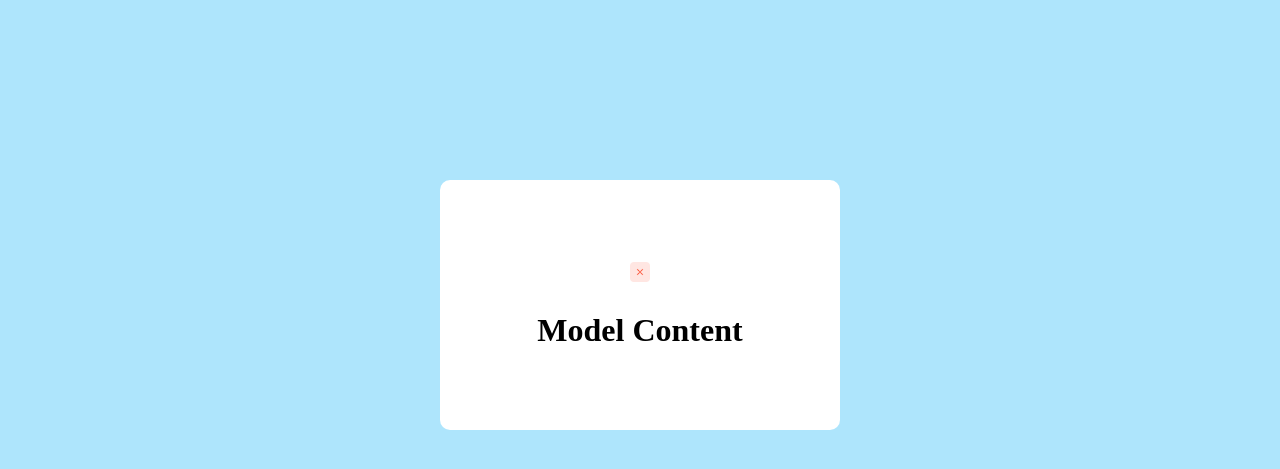
Repository: Trapti10/20-js-practice-projects-in-7-days-challenge
Page: Project_4_Modal_Project/index.html
An editor plug-in stored every save of this project. The page is shown before and after the next save, followed by the edit.
The browser window is 1280 px wide. The pictures show the whole page.

Above is the page before, as saved 2025-11-24 10:58:56.

After the next save:
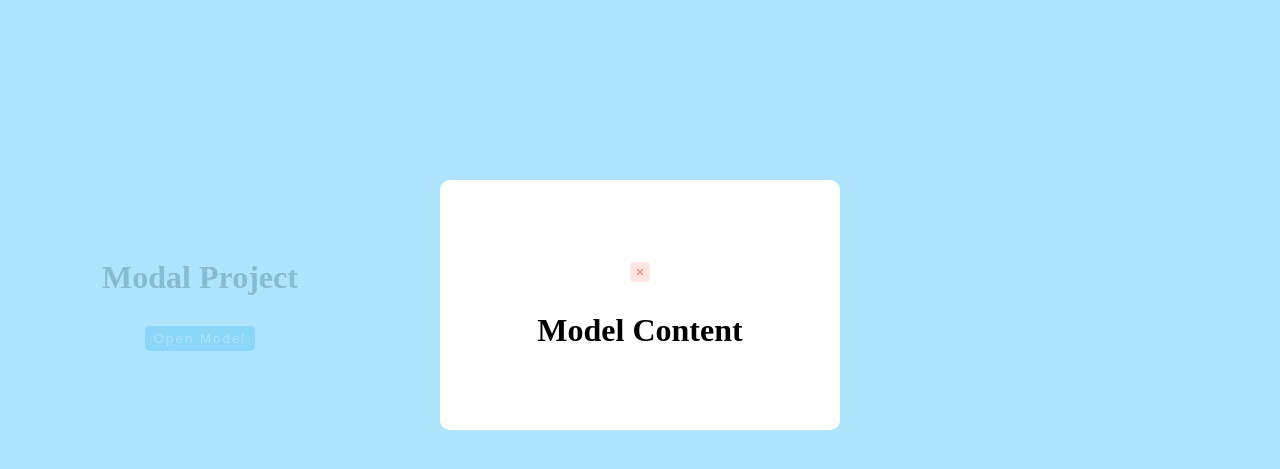
Saved 7 s later.
--- a/Project_4_Modal_Project/style.css
+++ b/Project_4_Modal_Project/style.css
@@ -23,7 +23,7 @@
 .card{
     position: absolute;
     top: 25%;
-    left: 37%;
+    /* left: 37%; */
     background: white;
     max-height: 250px;
     max-width: 400px;

After the save that followed:
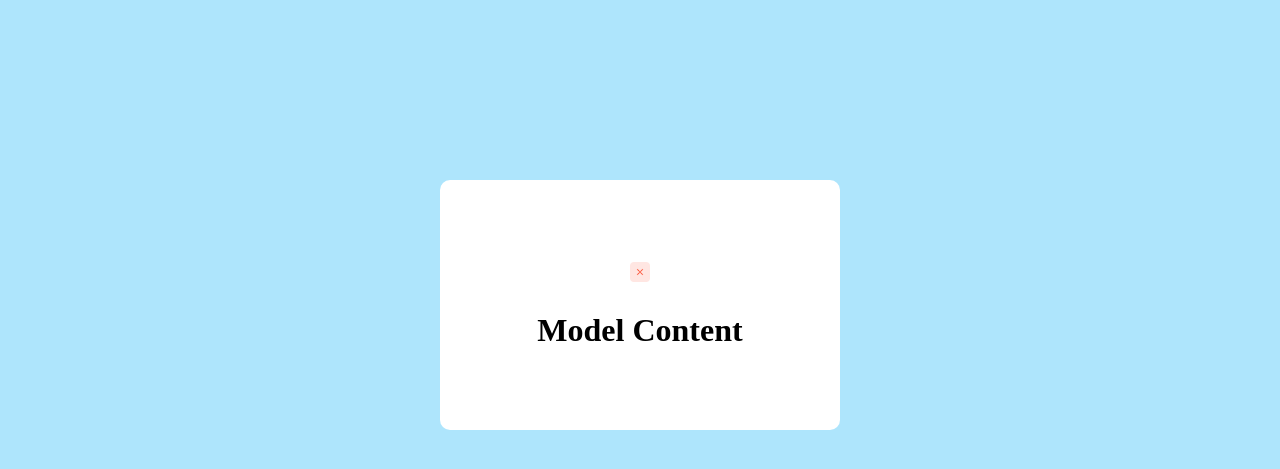
Saved 31 s later.
--- a/Project_4_Modal_Project/style.css
+++ b/Project_4_Modal_Project/style.css
@@ -23,7 +23,7 @@
 .card{
     position: absolute;
     top: 25%;
-    /* left: 37%; */
+    left: 37%;
     background: white;
     max-height: 250px;
     max-width: 400px;
